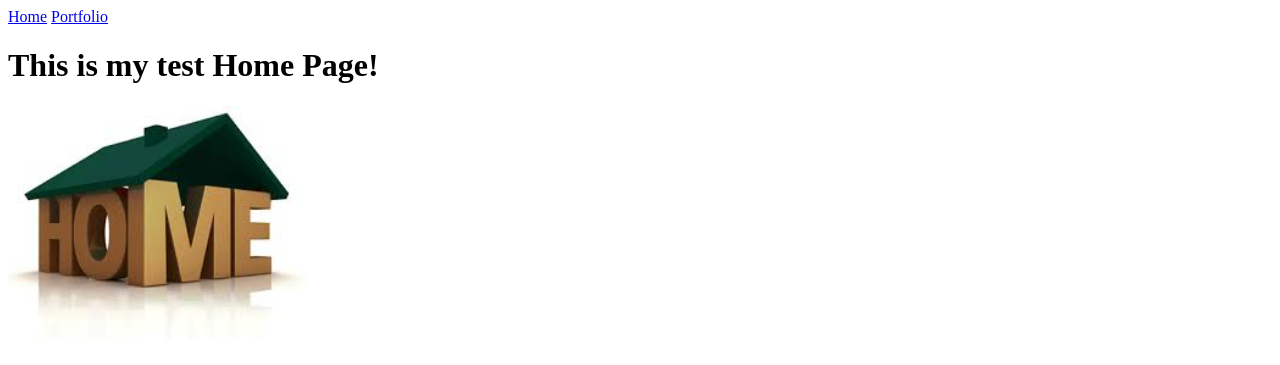
Repository: JDiaz463/JDiaz463.github.io
Page: my_website/index.html
The author's editor kept a record of every edit. The page is drawn from the files as they stood at one moment, then again after the next edit.
The browser window is 1280 px wide. The pictures show the whole page.

Above is the page before.

After the next edit:
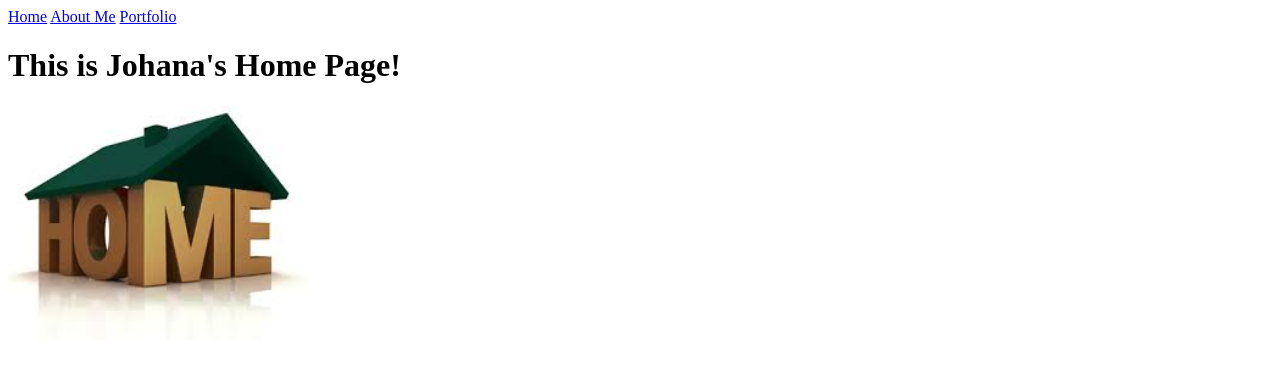
The edit:
--- a/my_website/index.html
+++ b/my_website/index.html
@@ -6,8 +6,9 @@
   </head>
   <body>
     <a href="index.html">Home</a>
+    <a href="aboutme.html">About Me</a>
     <a href="portfolio.html">Portfolio</a>
-    <h1>This is my test Home Page!</h1>
+    <h1>This is Johana's Home Page!</h1>
     <img src="images/home.jpg" height="250">
   </body>
 </html>
